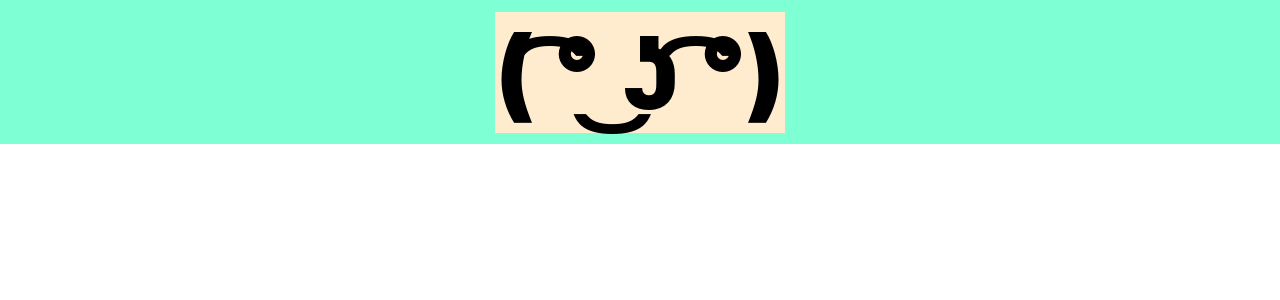
Repository: ogigg/react-Lenny-generator
Page: / (app in lenny-generator/)
An editor plug-in stored every save of this project. The page is shown before and after the next save, followed by the edit.
The browser window is 1280 px wide. The pictures show the whole page.
The project was rebuilt for these pictures with package versions that can differ from the ones it lists, and the page was loaded fresh each time.

Above is the page before, as saved 2019-12-12 15:26:38.

After the next save:
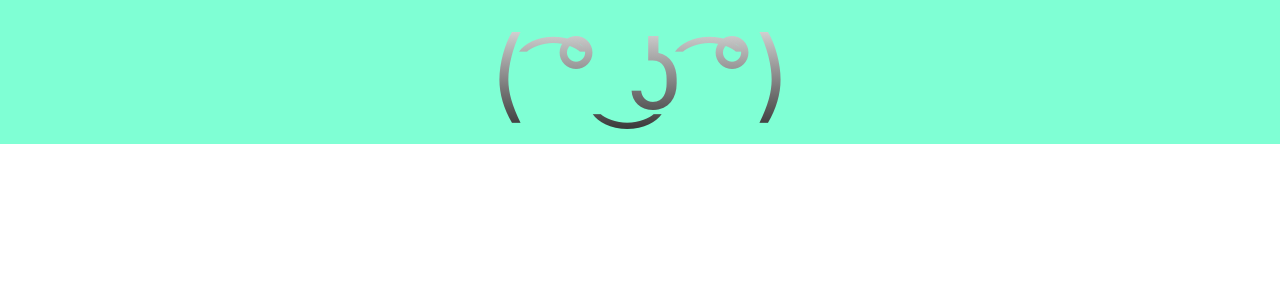
Saved 21 s later.
--- a/lenny-generator/src/lennyComponent.css
+++ b/lenny-generator/src/lennyComponent.css
@@ -1,5 +1,6 @@
 .lenny{
     font-size: 100px;
-    background: blanchedalmond;
-    font-weight: 900;
+    background: -webkit-linear-gradient(#eee, #333);
+    -webkit-background-clip: text;
+    -webkit-text-fill-color: transparent;
 }
